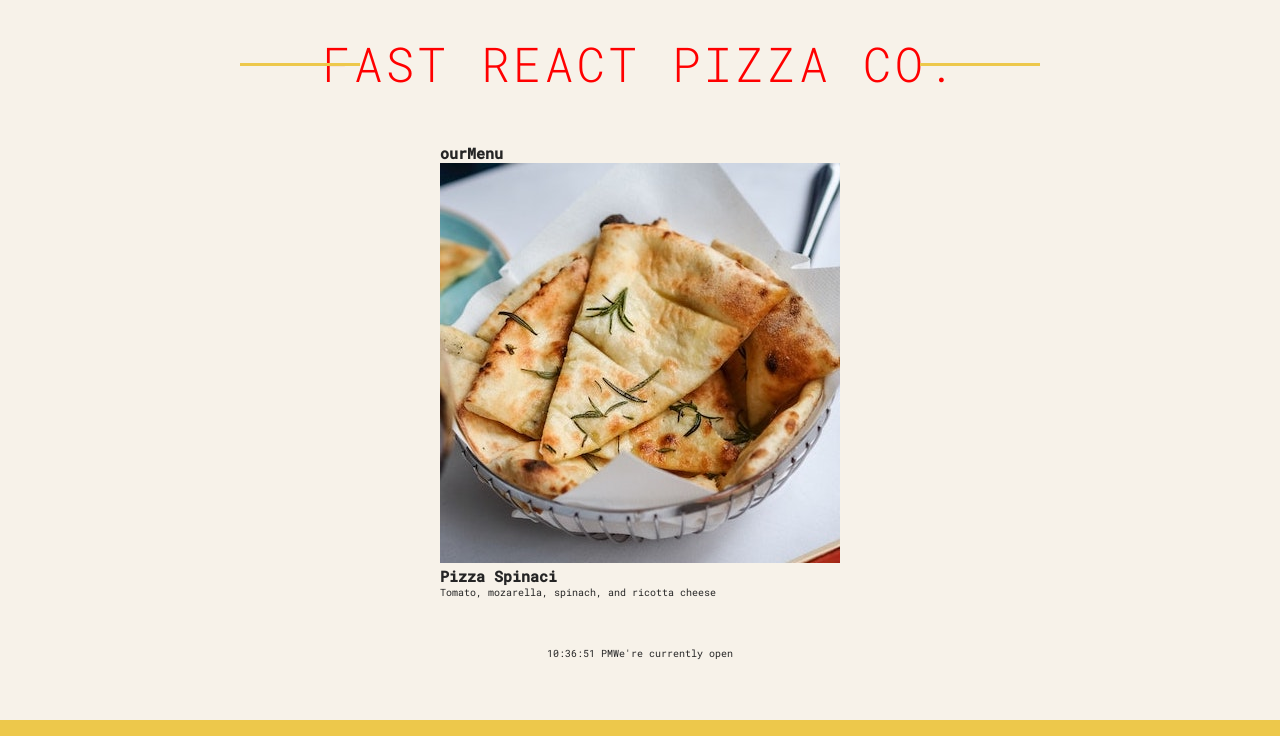
Repository: DhaWork/1-react-dasar-udemy-25
Page: /
An editor plug-in stored every save of this project. The page is shown before and after a run of saves, followed by the edit.
The browser window is 1280 px wide. The pictures show the whole page.
The project was rebuilt for these pictures with package versions that can differ from the ones it lists, and the page was loaded fresh each time.

Above is the page before, as saved 2025-04-02 11:50:12.

After the next 2 saves:
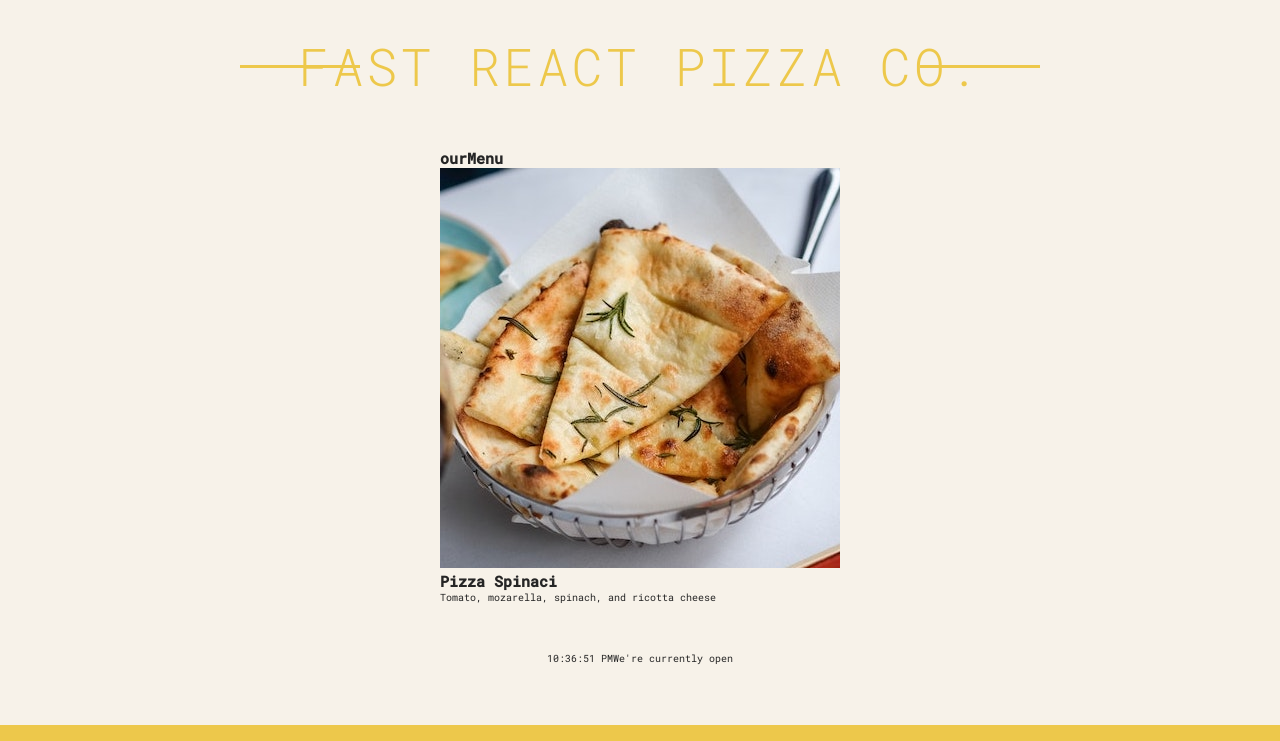
The 2 saves are shown as one change because they came seconds apart.
The last was saved 10 s later.
--- a/src/index.js
+++ b/src/index.js
@@ -59,8 +59,7 @@ function App() {
 
 function Header() {
     // const style = {color:"red", fontSize:"48px", textTransfrom: "uppercase"};
-    const style = {
-        color:"red", fontSize:"48px", textTransfrom: "uppercase"};
+    const style = {};
 
   return (
     <header className="header">
